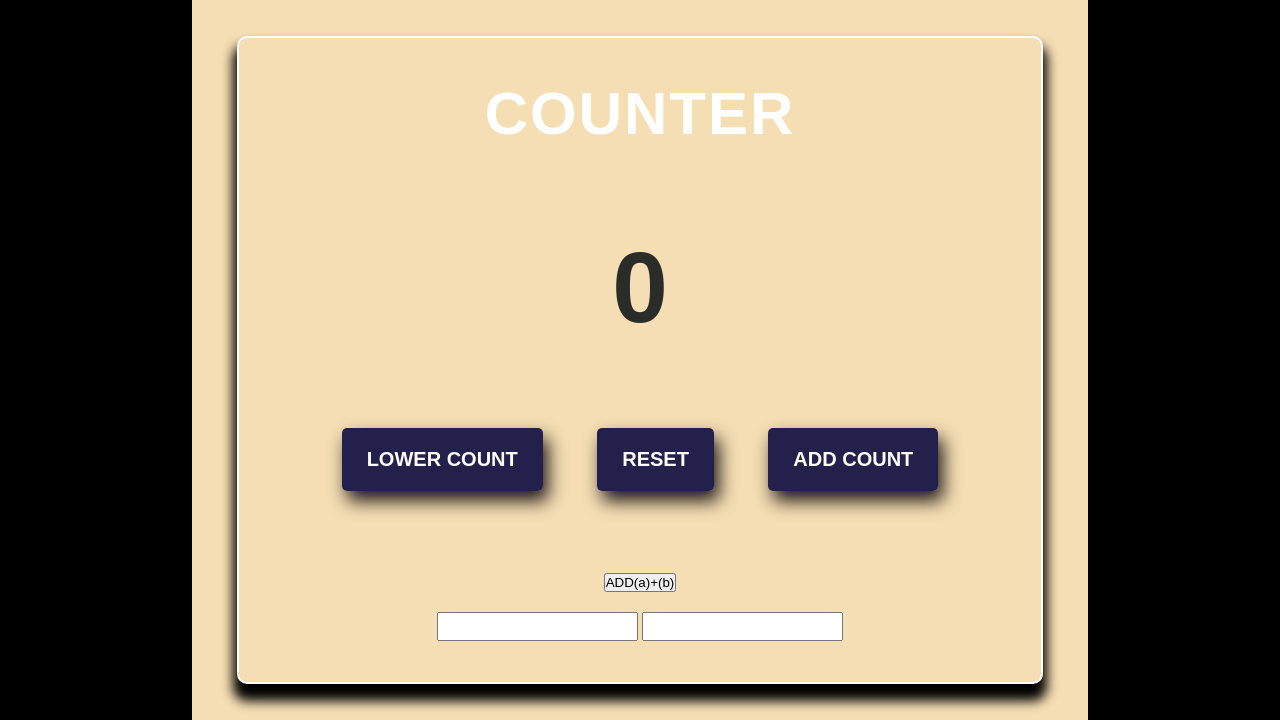
Repository: Seryozha02/Calculator
Page: calculator.html
These files come from the project's save history. The page is drawn as it stood at one moment and after the next save; the edit follows.
The browser window is 1280 px wide. The pictures show the whole page.

Above is the page before, as saved 2022-02-15 13:02:23.
Console error: TypeError: Cannot read properties of undefined (reading 'start')

After the next save:
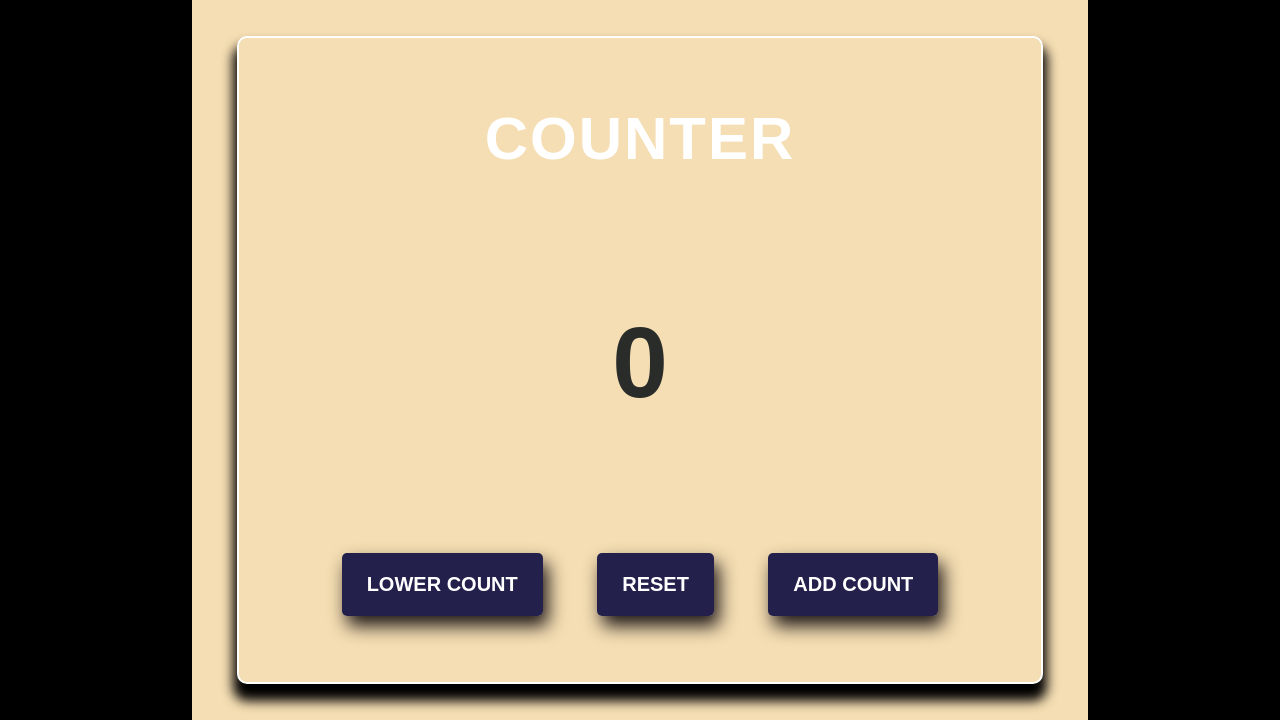
Console error: TypeError: Cannot read properties of null (reading 'addEventListener')
Saved 21 s later.
--- a/calculator.html
+++ b/calculator.html
@@ -22,12 +22,12 @@
                     <button class="centerButton">RESET</button>
                     <button class="rightButton">ADD COUNT</button>
                 </div>
-                <div class="addABParent">
+                <!-- <div class="addABParent">
                     <button class="addAB">ADD(a)+(b)</button>
                     <input type="number" id="inputNum1"><span class="plyus"></span>
                     <input type="number" id="inputNum2"><span class="equals"></span>
                     <span id="valueOfSum"></span>
-                </div>
+                </div> -->
                 <!-- <form name="form_main">
                     <div>
                       <span id="hour">00</span>:<span id="minute">00</span>:<span id="second">00</span>:<span id="millisecond">000</span>

After the save that followed:
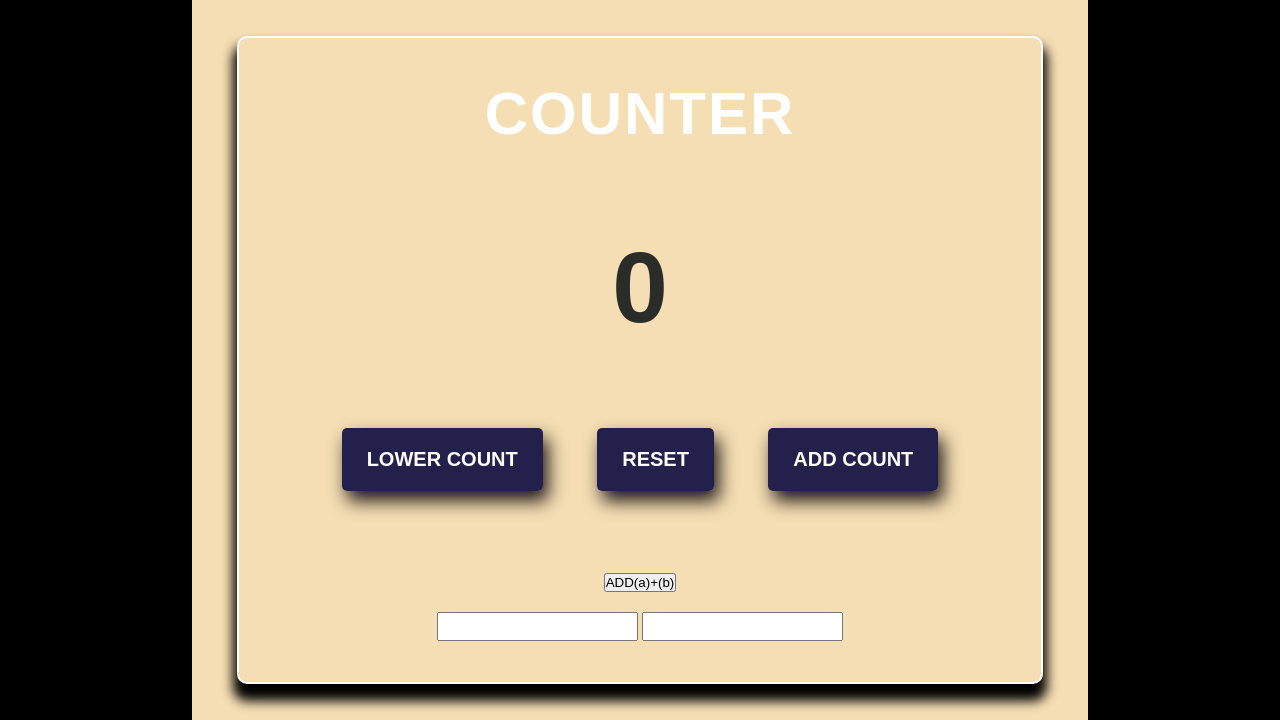
Console error: TypeError: Cannot read properties of undefined (reading 'start')
Saved 19 s later.
--- a/calculator.html
+++ b/calculator.html
@@ -22,12 +22,12 @@
                     <button class="centerButton">RESET</button>
                     <button class="rightButton">ADD COUNT</button>
                 </div>
-                <!-- <div class="addABParent">
+                <div class="addABParent">
                     <button class="addAB">ADD(a)+(b)</button>
                     <input type="number" id="inputNum1"><span class="plyus"></span>
                     <input type="number" id="inputNum2"><span class="equals"></span>
                     <span id="valueOfSum"></span>
-                </div> -->
+                </div>
                 <!-- <form name="form_main">
                     <div>
                       <span id="hour">00</span>:<span id="minute">00</span>:<span id="second">00</span>:<span id="millisecond">000</span>
